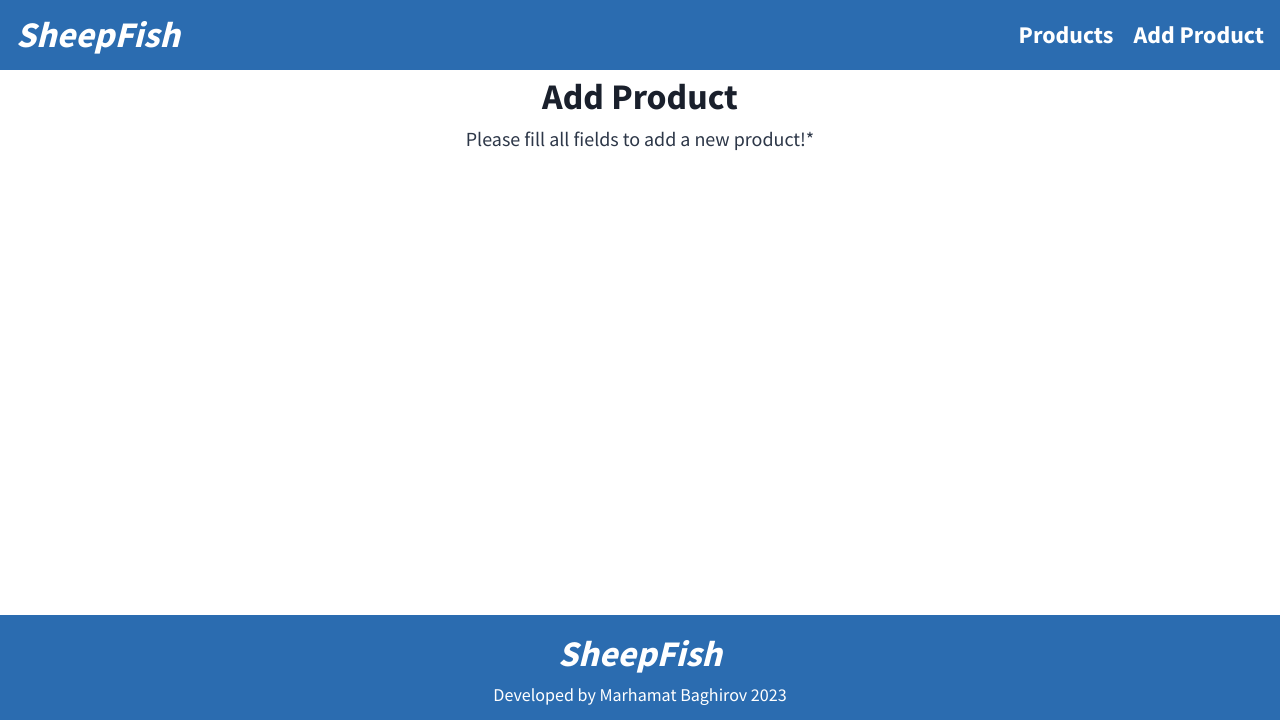
Repository: Marhamat92/sheep-fish-task
Page: /products/add
The author's editor kept a copy of each file at every save. The page is drawn from the files as they stood at one save, then again after the next save.
The browser window is 1280 px wide. The pictures show the whole page.
The project was rebuilt for these pictures with package versions that can differ from the ones it lists, and the page was loaded fresh each time. Also part of the build but not shown: src/App.css, src/components/SearchField.tsx, src/components/ListTable.tsx, src/pages/Products/ProductList.tsx.

Above is the page before, as saved 2023-03-28 19:40:10.

### public/index.html
<!DOCTYPE html>
<html lang="en">

<head>
  <meta charset="utf-8" />
  <link rel="icon" href="%PUBLIC_URL%/favicon.ico" />
  <meta name="viewport" content="width=device-width, initial-scale=1" />
  <meta name="theme-color" content="#000000" />
  <meta name="description" content="Web site created using create-react-app" />
  <link rel="apple-touch-icon" href="%PUBLIC_URL%/logo192.png" />
  <link rel="preconnect" href="https://fonts.googleapis.com">
  <link rel="preconnect" href="https://fonts.gstatic.com" crossorigin>
  <link href="https://fonts.googleapis.com/css2?family=Source+Sans+Pro:wght@200;300;400;600;700;900&display=swap"
    rel="stylesheet">
  <!--
      manifest.json provides metadata used when your web app is installed on a
      user's mobile device or desktop. See https://developers.google.com/web/fundamentals/web-app-manifest/
    -->
  <link rel="manifest" href="%PUBLIC_URL%/manifest.json" />
  <!--
      Notice the use of %PUBLIC_URL% in the tags above.
      It will be replaced with the URL of the `public` folder during the build.
      Only files inside the `public` folder can be referenced from the HTML.

      Unlike "/favicon.ico" or "favicon.ico", "%PUBLIC_URL%/favicon.ico" will
      work correctly both with client-side routing and a non-root public URL.
      Learn how to configure a non-root public URL by running `npm run build`.
    -->
  <title>SheepFish</title>
</head>

<body>
  <noscript>You need to enable JavaScript to run this app.</noscript>
  <div id="root"></div>
  <!--
      This HTML file is a template.
      If you open it directly in the browser, you will see an empty page.

      You can add webfonts, meta tags, or analytics to this file.
      The build step will place the bundled scripts into the <body> tag.

      To begin the development, run `npm start` or `yarn start`.
      To create a production bundle, use `npm run build` or `yarn build`.
    -->
</body>

</html>

### src/index.css
@tailwind base;
@tailwind components;
@tailwind utilities;


body {
  font-family: 'Source Sans Pro', sans-serif;
}

code {
  font-family: 'Source Sans Pro', sans-serif;
}

### src/App.tsx
import React from "react";
import logo from "./logo.svg";
import "./App.css";
import Header from "./components/Header";
import Layout from "./Layout/Layout";
import BaseRouter from "./routes";

function App() {
  return (
    <div>
      <Layout>
        <BaseRouter />
      </Layout>
    </div>
  );
}

export default App;

### src/Layout/Layout.tsx
import React from "react";
import Header from "../components/Header";
import Footer from "../components/Footer";

type Props = {
  children: React.ReactNode;
};

const Layout = ({ children }: Props) => {
  return (
    <div>
      <Header />
      {children}
      <Footer />
    </div>
  );
};

export default Layout;

### src/routes.js
import { Route, Routes } from "react-router-dom";
import React from "react";
import ProductList from "./pages/Products/ProductList";
import AddProduct from "./pages/Products/AddProduct";

const BaseRouter = () => (
  <Routes>
    <Route exact path="/" element={
      <ProductList />
    } />
    <Route exact path="/products"
      element={
        <ProductList />
      }
    />
    <Route exact path="/products/add" element={
      <AddProduct />
    } />
  </Routes>
);

export default BaseRouter;

### src/components/Header.tsx
import React, { useEffect, useState } from "react";
import { Link } from "react-router-dom";
import { BiMenu } from "react-icons/bi";

type Props = {};

const Header = (props: Props) => {
  const [mobileMenu, setMobileMenu] = useState(false);
  const [showMobileMenu, setShowMobileMenu] = useState(false);

  const checkScreenSize = () => {
    if (window.innerWidth <= 768) {
      setMobileMenu(true);
    } else {
      setMobileMenu(false);
      setShowMobileMenu(false);
    }
  };

  useEffect(() => {
    checkScreenSize();
    window.addEventListener("resize", checkScreenSize);
    return () => {
      window.removeEventListener("resize", checkScreenSize);
    };
  }, [mobileMenu]);

  return (
    <div className=' bg-mainPrimary '>
      <div className='container flex flex-row justify-between items-center py-2'>
        <div>
          <h1
            className='
            text-4xl font-bold text-white italic
          '
          >
            SheepFish
          </h1>
        </div>
        {mobileMenu ? (
          <BiMenu
            onClick={() => {
              setShowMobileMenu(true);
            }}
            className='text-3xl text-white'
          />
        ) : (
          <div className='flex flex-row justify-between space-x-5'>
            <Link to='/products'>
              <div
                className='text-2xl font-bold text-white hover:underline transition-all duration-300
          cursor-pointer'
              >
                Products
              </div>
            </Link>
            <Link to='/products/add'>
              <div className='text-2xl font-bold text-white hover:underline transition-all duration-300 cursor-pointer'>
                Add Product
              </div>
            </Link>
          </div>
        )}
        {showMobileMenu && (
          <div className='bg-mainTertiary h-screen absolute top-0 left-0 right-0 '>
            <div className='flex flex-col justify-center items-center'>
              <div className='text-2xl font-bold text-white hover:underline transition-all duration-300 cursor-pointer'>
                Products
              </div>
              <div className='text-2xl font-bold text-white hover:underline transition-all duration-300 cursor-pointer'>
                Add Product
              </div>
            </div>
          </div>
        )}
      </div>
    </div>
  );
};

export default Header;

### src/components/Footer.tsx
import React from "react";

type Props = {};

const Footer = ({}: Props) => {
  return (
    <div className='bg-mainPrimary py-3 absolute bottom-0 w-full'>
      <div className='container mx-auto flex flex-col items-center justify-center'>
        <h1 className='text-4xl font-bold text-white italic text-center'>
          SheepFish
        </h1>
        <p className='text-white font-regular text-lg text-center'>
          Developed by Marhamat Baghirov {new Date().getFullYear()}
        </p>
      </div>
    </div>
  );
};

export default Footer;

### src/pages/Products/AddProduct.tsx
import React from "react";

type Props = {};

const AddProduct = (props: Props) => {
  return (
    <div>
      <div className='flex flex-col items-center justify-center '>
        <h1 className='text-4xl font-bold text-textPrimary'>Add Product</h1>
        <p className='text-textSecondary text-xl'>
          Please fill all fields to add a new product!*
        </p>
      </div>
    </div>
  );
};

export default AddProduct;

### tailwind.config.js
/** @type {import('tailwindcss').Config} */
module.exports = {
  content: ["./src/**/*.{js,jsx,ts,tsx}",],
  theme: {
    extend: {
      colors: {
        "textPrimary": "#1a202c",
        "textSecondary": "#2d3748",
        "textTertiary": "#4a5568",
        "mainPrimary": "#2b6cb0",
        "mainSecondary": "#4299e1",
        "mainTertiary": "#63b3ed",
        "success": "#48bb78",
        "danger": "#e53e3e",
        "warning": "#dd6b20",
        "info": "#3182ce",
        "light": "#f7fafc",
        "dark": "#1a202c",
        "white": "#fff",
        "black": "#000",
        //close this
      },
      fontFamily: {
        sans: ["Roboto", "sans-serif"],
      },
      fontSize: {
        "xs": ".75rem",
        "sm": ".875rem",
        "tiny": ".875rem",
        "base": "1rem",
        "lg": "1.125rem",
        "xl": "1.25rem",
        "2xl": "1.5rem",
        "3xl": "1.875rem",
        "4xl": "2.25rem",
        "5xl": "3rem",
        "6xl": "4rem",
        "7xl": "5rem",
        "8xl": "6rem",
        "9xl": "7rem",
        "10xl": "8rem",
      },
      spacing: {
        "0": "0",
        "1": "0.25rem",
        "2": "0.5rem",
        "3": "0.75rem",
        "4": "1rem",
        "5": "1.25rem",
        "6": "1.5rem",
        "8": "2rem",
      },
      boxShadow: {
        "xs": "0 0 0 1px rgba(0, 0, 0, 0.05)",
        "sm": "0 1px 2px 0 rgba(0, 0, 0, 0.05)",
        "default": "0 1px 3px 0 rgba(0, 0, 0, 0.1), 0 1px 2px 0 rgba(0, 0, 0, 0.06)",
        "md": "0 4px 6px -1px rgba(0, 0, 0, 0.1), 0 2px 4px -1px rgba(0, 0, 0, 0.06)",
        "lg": "0 10px 15px -3px rgba(0, 0, 0, 0.1), 0 4px 6px -2px rgba(0, 0, 0, 0.05)",
        "xl": "0 20px 25px -5px rgba(0, 0, 0, 0.1), 0 10px 10px -5px rgba(0, 0, 0, 0.04)",
        "2xl": "0 25px 50px -12px rgba(0, 0, 0, 0.25)",
      },
      screens: {
        "xs": "320px",
        "sm": "640px",
        "md": "768px",
        "lg": "1024px",
        "xl": "1280px",
        "2xl": "1536px",
      },

      container: {
        center: true,
        padding: "1rem",
      },

    },
    plugins: [




    ],
  }
}

Loaded but not shown: src/index.tsx (common file); src/reportWebVitals.ts (common file)

After the next save:
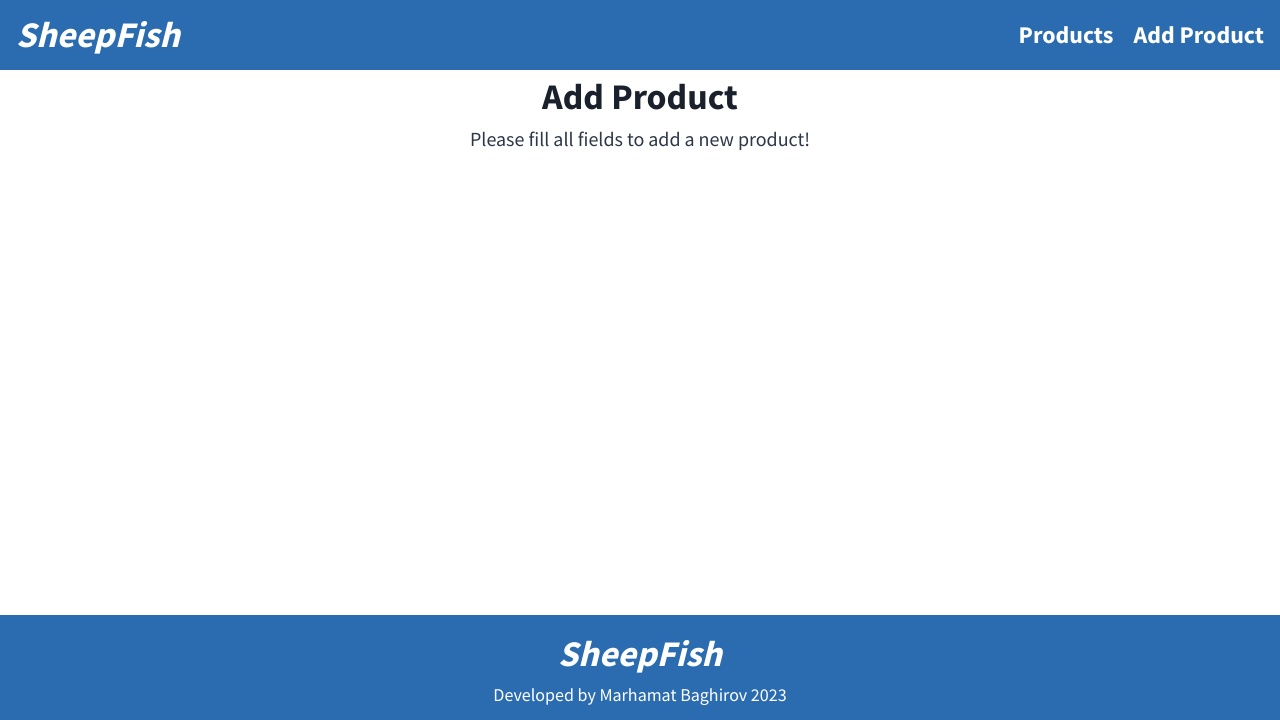
Saved 9 s later.
--- a/src/pages/Products/AddProduct.tsx
+++ b/src/pages/Products/AddProduct.tsx
@@ -8,7 +8,7 @@
       <div className='flex flex-col items-center justify-center '>
         <h1 className='text-4xl font-bold text-textPrimary'>Add Product</h1>
         <p className='text-textSecondary text-xl'>
-          Please fill all fields to add a new product!*
+          Please fill all fields to add a new product!
         </p>
       </div>
     </div>
